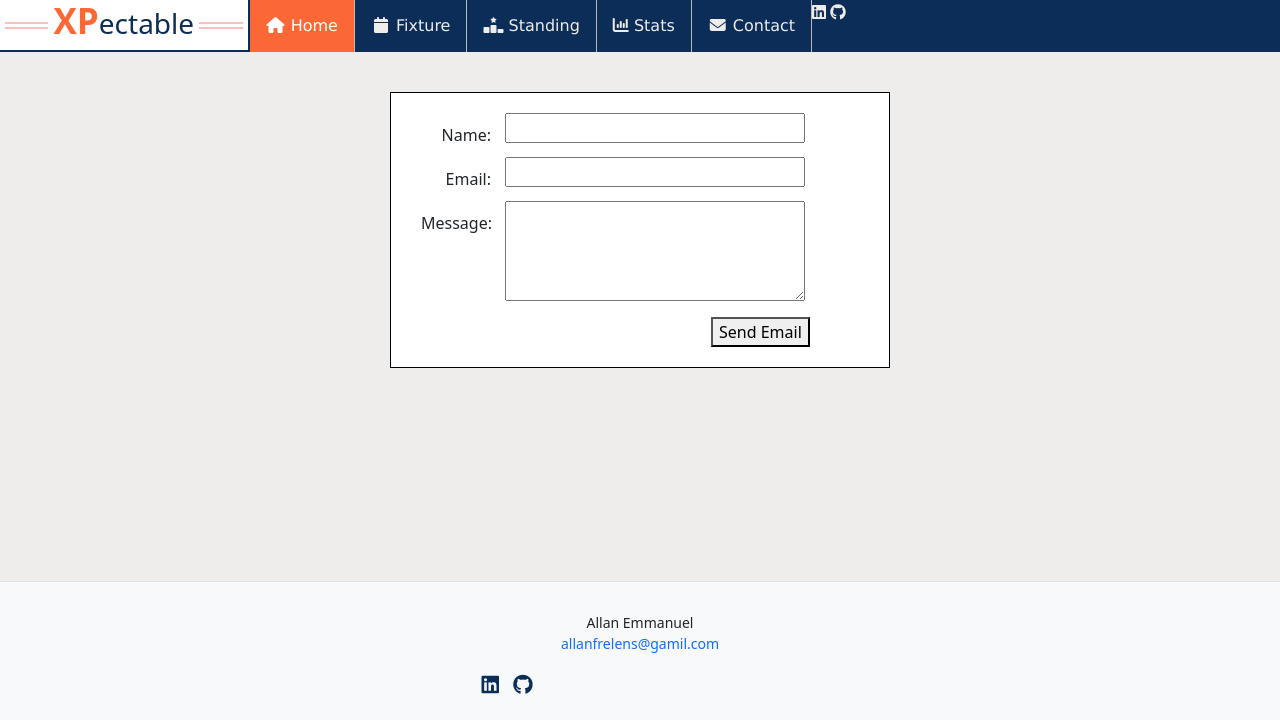
Repository: allanmanno/Xpectable
Page: http://localhost/xpec/contact.html
The author's editor kept a copy of each file at every save. The page is drawn from the files as they stood at one save, then again after the next save.
The browser window is 1280 px wide. The pictures show the whole page.
Some web fonts or font styles are not loaded; a fallback is used. The page is served by Tomcat 9.

Above is the page before, as saved 2024-05-17 00:07:00.

After the next save:
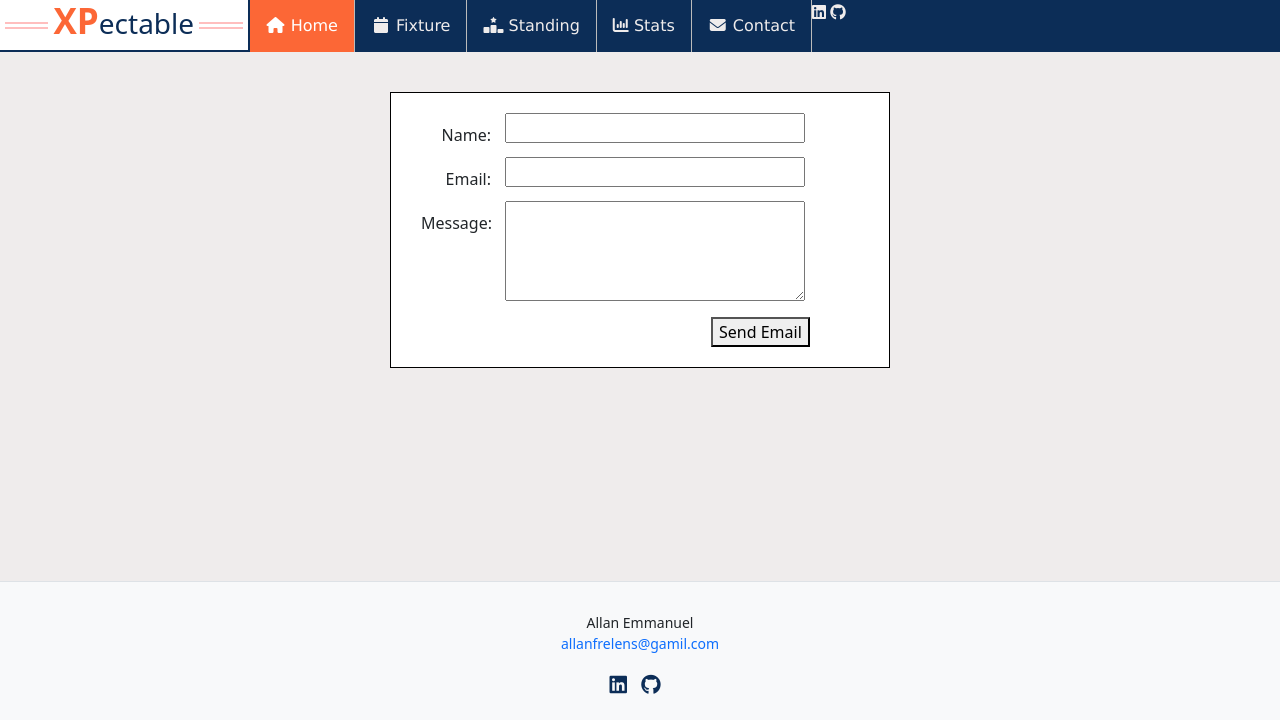
Saved 13 s later.
--- a/xpec/src/main/webapp/resources/css/contact.css
+++ b/xpec/src/main/webapp/resources/css/contact.css
@@ -119,7 +119,7 @@ footer p {
 }
 
 footer .social_media {
-    margin-right: 20%;
+
 }
 
 footer .social_media a {
